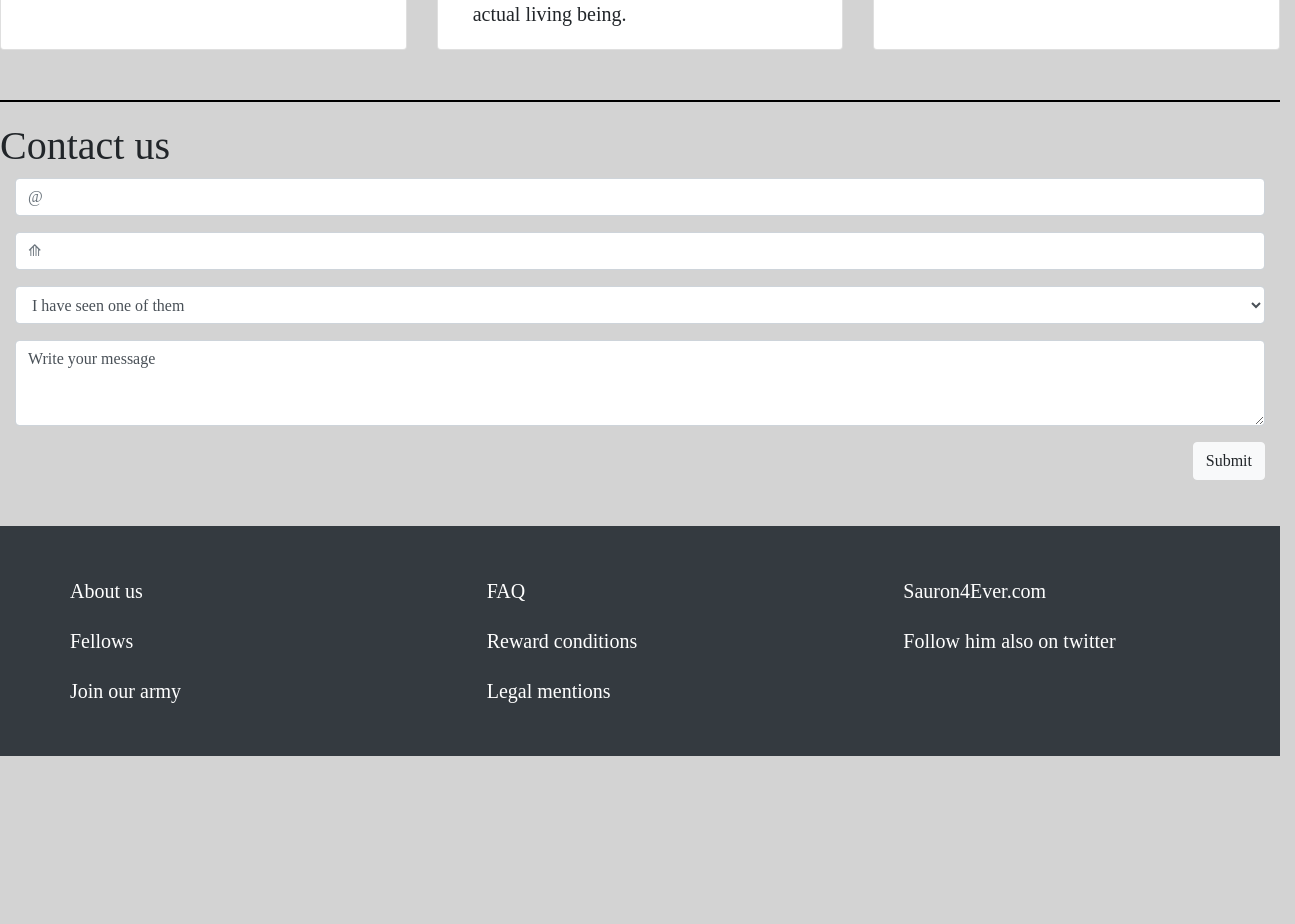
Repository: Khaleddwm/FindThePrecious
Page: index.html
The author's editor kept a copy of each file at every save. The page is drawn from the files as they stood at one save, then again after the next save.
The browser window is 1280 px wide. The page is 1295 px wide, so the pictures cover 1295 px, including what lies to the right of the window. The pictures show the part of the page from y = 1810 to 2734 px (the page is 2734 px tall).
Some web fonts or font styles are not loaded; a fallback is used.

Above is the page before, as saved 2020-05-25 00:57:11.

### index.html
<!DOCTYPE html>
<html lang="en">
<head>
    <meta charset="UTF-8">
    <meta name="viewport" content="width=device-width, initial-scale=1.0">
    <title>FindThePrecious</title>
    <link href="https://fonts.googleapis.com/css2?family=Bad+Script&display=swap" rel="stylesheet">
    <!-- CSS only -->
    <link rel="stylesheet" href="https://stackpath.bootstrapcdn.com/bootstrap/4.5.0/css/bootstrap.min.css" integrity="sha384-9aIt2nRpC12Uk9gS9baDl411NQApFmC26EwAOH8WgZl5MYYxFfc+NcPb1dKGj7Sk" crossorigin="anonymous">
    <link rel="stylesheet" href="https://cdnjs.cloudflare.com/ajax/libs/font-awesome/4.7.0/css/font-awesome.min.css">
    <link rel="stylesheet" href="style.css">
    <!-- JS, Popper.js, and jQuery -->
    <script src="https://code.jquery.com/jquery-3.5.1.slim.min.js" integrity="sha384-DfXdz2htPH0lsSSs5nCTpuj/zy4C+OGpamoFVy38MVBnE+IbbVYUew+OrCXaRkfj" crossorigin="anonymous"></script>
    <script src="https://cdn.jsdelivr.net/npm/popper.js@1.16.0/dist/umd/popper.min.js" integrity="sha384-Q6E9RHvbIyZFJoft+2mJbHaEWldlvI9IOYy5n3zV9zzTtmI3UksdQRVvoxMfooAo" crossorigin="anonymous"></script>
    <script src="https://stackpath.bootstrapcdn.com/bootstrap/4.5.0/js/bootstrap.min.js" integrity="sha384-OgVRvuATP1z7JjHLkuOU7Xw704+h835Lr+6QL9UvYjZE3Ipu6Tp75j7Bh/kR0JKI" crossorigin="anonymous"></script>
</head>
<body>
    <nav class="navbar navbar-expand-sm navbar-dark bg-dark">
        <a href"index.html" class="titleNav navbar-brand">FindThePrecious.com</a>
        <button class="navbar-toggler" data-toggle="collapse" data-target="#navbarMenu">
            <span class="navbar-toggler-icon"></span>
        </button>
        <div class="collapse navbar-collapse" id="navbarMenu">
            <ul class="navbar-nav">
                <li class="nav-item">
                    <a href="#" class="nav-link">Fellows</a>
                </li>
                <li>
                    <a href="#" class="nav-link">Contact us</a>
                </li>
            </ul>
        </div>
    </nav>
    <div id="carouselControls" class="carousel slide" data-ride="carousel">
        <div class="carousel-inner">
            <div class="carousel-caption d-none d-block">
                <h1>Dangerous fellowship try to destroy the ring</h1>
                <p>Orcs, Goblins, Balrogs, protect your master Sauron !</p>
            </div>
            <div class="carousel-item active">
                <img class="d-block w-100" src="https://img.phonandroid.com/2018/04/seigneur-des-anneaux.jpg" alt="First slide">
            </div>
            <div class="carousel-item">
                <img class="d-block w-100" src="https://www.journaldugeek.com/content/uploads/2019/07/lord-of-the-rings-gollum-new-lotr-stealth-game-coming-2021-from-daedalic-entertainment-767717.jpg" alt="Second slide">
            </div>
            <div class="carousel-item">
                <img class="d-block w-100" src="https://vignette.wikia.nocookie.net/lotr/images/1/15/Gothmog_the_lord_of_balrogs_by_atohas-d8hf6ru.jpg/revision/latest?cb=20180410213854" alt="Third slide">
            </div>
        </div>
        <a class="carousel-control-prev" href="#carouselControls" role="button" data-slide="prev">
            <span class="carousel-control-prev-icon" aria-hidden="true"></span>
            <span class="sr-only">Previous</span>
        </a>
        <a class="carousel-control-next" href="#carouselControls" role="button" data-slide="next">
            <span class="carousel-control-next-icon" aria-hidden="true"></span>
            <span class="sr-only">Next</span>
        </a>
    </div>
    <div class="wanted">
        <div class="wanted-title">
            <h1>Fellows wanted dead (or alive if you want to eat them later)</h1>
        </div>
        <div class="card-deck">
            <div class="card col-xs-12 col-md-4">
                <img src="https://kr4v3n.github.io/Sauron/img/gandalf.png" class="card-img-top" alt="Gandalf">
                <div class="living card-img-overlay">
                    <h2>Reward 1000 gold coins</h2>
                </div>
                <div class="card-body">
                    <h2 class="card-title">Gandalf</h2>
                    <p class="card-text">
                        Gandalf was shorter in stature than the other two; but his long white hair,
                        his sweeping silver beard, and his broad shoulders, made him look like some wise king of ancient legend.
                        In his aged face under great snowy brows his eyes were set like coals that could suddenly burst into fire.
                    </p>
                </div>
            </div>
            <div class="card col-xs-12 col-md-4">
                <img src="https://kr4v3n.github.io/Sauron/img/gimli.png" class="card-img-top" alt="Gimli">
                <div class="dead card-img-overlay">
                    <h2>DEAD</h2>
                </div>
                <div class="card-body">
                    <h2 class="card-title">Gimli</h2>
                    <p class="card-text">
                        Gimli throughout the War showed perhaps the greatest open contempt for Sauron and his minions, save possibly Boromir.
                        He was a grim character, for the most part, laughing only occasionally and, though in a few rare situations inspiring amusement,
                        never joking. Due to his comments especially during the initial stage of the journey, he may be called more superstitious than the others,
                        acting very much as if Caradhras was an actual living being.
                    </p>
                </div>
            </div>
            <div class="card col-xs-12 col-md-4">
                <img src="https://kr4v3n.github.io/Sauron/img/aragorn.png" class="card-img-top" alt="Aragorn">
                <div class="living card-img-overlay">
                    <h2>Reward 250 gold coins</h2>
                </div>
                <div class="card-body">
                    <h2 class="card-title">Aragorn</h2>
                    <p class="card-text">
                        An artist's conception of Aragorn at The Prancing Pony Tolkien gives
                        a brief but detailed description of him in The Lord of the Rings: lean, dark, tall, with
                        "a shaggy head of dark hair flecked with grey, and in a pale stern face a pair of keen grey eyes."
                    </p>
                </div>
            </div>
        </div>
    </div>
    <div class="form">
        <h1>Contact us</h1>
        <form class="container-fluid">
            <div class="form-group">
                <input type="email" class="form-control" id="email" placeholder="&#64;">
            </div>
            <div class="form-group">
                <input type="email" class="form-control" id="email" placeholder="&#10224;">
            </div>
            <div class="form-group">
                <select class="form-control" id="select">
                    <option>I have seen one of them</option>
                    <option>I have lost one of them</option>
                    <option>I have find one of them</option>
                </select>
            </div>
            <div class="form-group">
                <textarea class="form-control" id="textarea" rows="3">Write your message</textarea>
            </div>
            <div class="form-group">
                <input type="submit" class="btn btn-light" id="submit" value="Submit">
            </div>
        </form>
    </div>
    <footer class="footer-classic bg-dark">
        <div class="container-fluid">
            <div class="d-flex justify-content-between">
                <div class="col-xs-12 col-md-4">
                    <ul class="nav-list">
                        <li><a href="#">About us</a></li>
                        <li><a href="#">Fellows</a></li>
                        <li><a href="#">Join our army</a></li>
                    </ul>
                </div>
                <div class="col-xs-12 col-md-4">
                    <ul class="nav-list">
                        <li><a href="#">FAQ</a></li>
                        <li><a href="#">Reward conditions</a></li>
                        <li><a href="#">Legal mentions</a></li>
                    </ul>
                </div>
                <div class="col-xs-12 col-md-4">
                    <ul class="nav-list">
                        <li><a href="#">Sauron4Ever.com</a></li>
                        <li><a href="#">Follow him also on twitter</a></li>
                    </ul>
                </div>
            </div>
        </div>
    </footer>
</body>
</html>

### style.css
body {
    font-family: 'Bad Script', cursive;
    background-color: lightgrey;
}

#navbarMenu, .titleNav {
    font-size: 30px;
}

.navbar {
    overflow: hidden;
    position: fixed; /* Set the navbar to fixed position */
    top: 0; /* Position the navbar at the top of the page */
    width: 100%; /* Full width */
    z-index: 1000;
}

/* Change background on mouse-over */
#navbarMenu a:hover {
    background: lightgray;
    color: black;
}

#carouselControls {
    margin-top: 60px;
}

p {
    font-size: 20px;
}

img {
    width: auto;
    height: 600px;
}

.wanted-title {
    text-align: center;
    margin: 50px;
}
/* hover for living */
.living h2 {
    background-color: lightgray;
}

.living {
    opacity: 0;
}

.living:hover {
    opacity: 1;
    text-align: center;
}

/* hover for dead */
.dead {
    opacity: 0;
}

.dead:hover {
    opacity: 1;
    text-align: center;
    background-color: lightgray;
}

#submit {
    float: right;
}

.form {
    font-size: 30px;
    margin-top: 50px;
    margin-bottom: 100px;
    border-top: 2px solid black;
}

.form h1 {
    margin-top: 20px;
}

footer .container-fluid {
    padding-top: 30px;
    padding-bottom: 30px;
    font-size: 20px;
}



.footer-classic a, .footer-classic a:focus, .footer-classic a:active {
    color: white;
}

ul, li {
    list-style: none;
    padding: 0;
    margin: 20px;
}

After the next save:
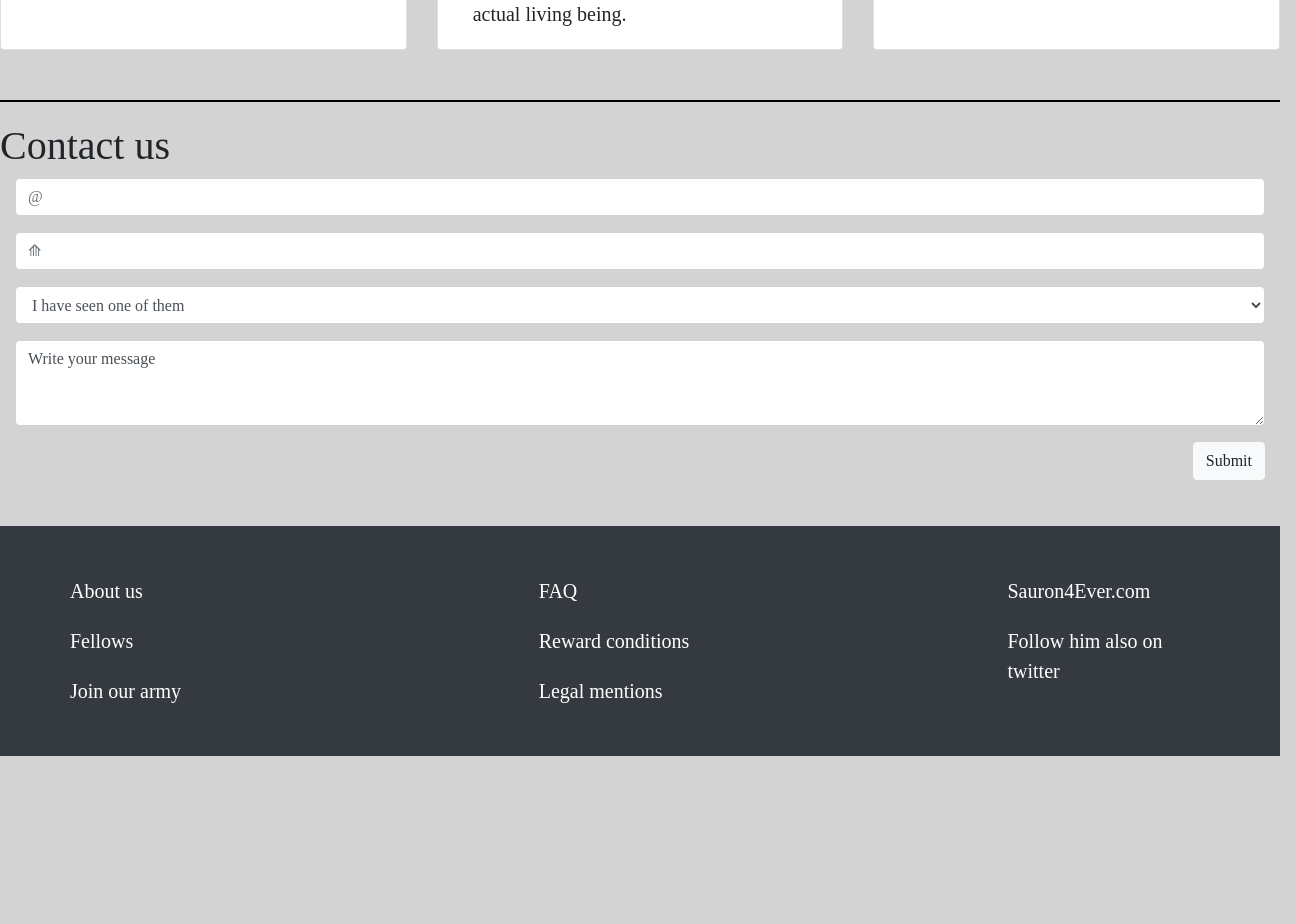
Saved 34 s later.
--- a/index.html
+++ b/index.html
@@ -133,21 +133,21 @@
     <footer class="footer-classic bg-dark">
         <div class="container-fluid">
             <div class="d-flex justify-content-between">
-                <div class="col-xs-12 col-md-4">
+                <div class="col-xs-12 col-md-3">
                     <ul class="nav-list">
                         <li><a href="#">About us</a></li>
                         <li><a href="#">Fellows</a></li>
                         <li><a href="#">Join our army</a></li>
                     </ul>
                 </div>
-                <div class="col-xs-12 col-md-4">
+                <div class="col-xs-12 col-md-3">
                     <ul class="nav-list">
                         <li><a href="#">FAQ</a></li>
                         <li><a href="#">Reward conditions</a></li>
                         <li><a href="#">Legal mentions</a></li>
                     </ul>
                 </div>
-                <div class="col-xs-12 col-md-4">
+                <div class="col-xs-12 col-md-3">
                     <ul class="nav-list">
                         <li><a href="#">Sauron4Ever.com</a></li>
                         <li><a href="#">Follow him also on twitter</a></li>
